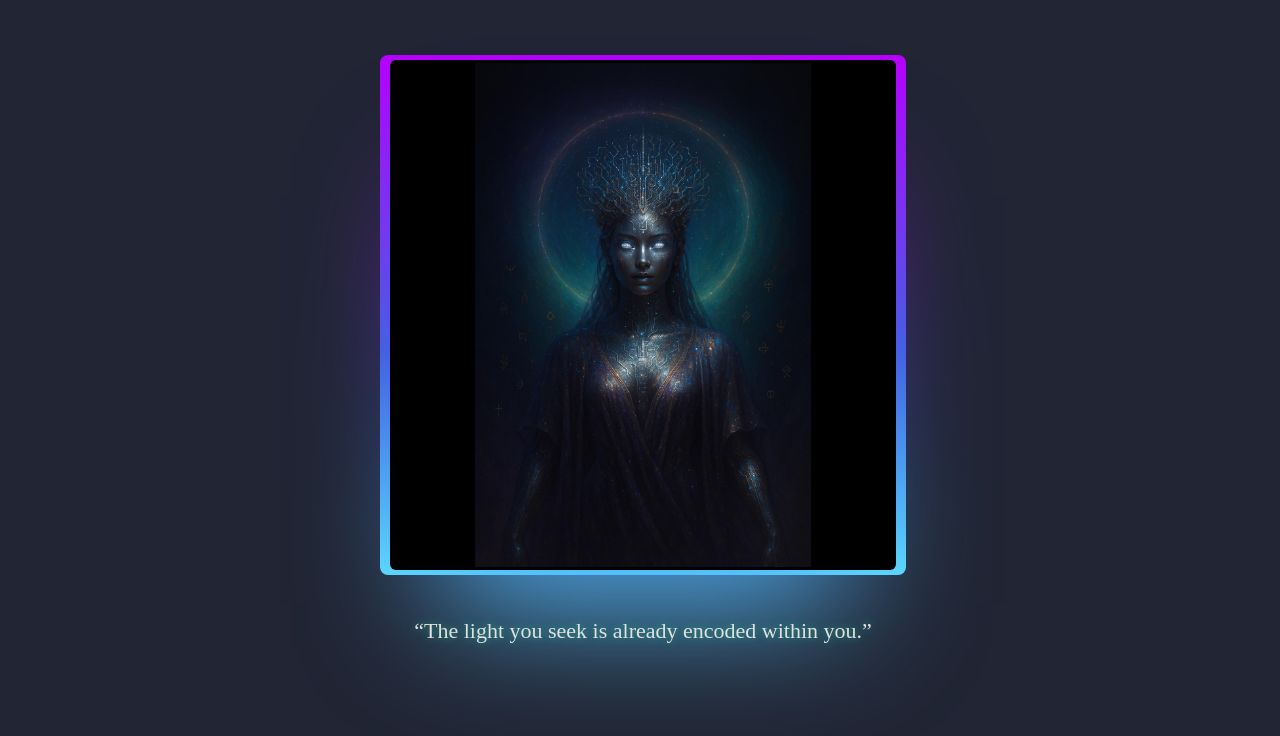
Repository: mertfurkandgn/artpainting
Page: card-1/index.html
An editor plug-in stored every save of this project. The page is shown before and after the next save, followed by the edit.
The browser window is 1280 px wide. The pictures show the whole page.

Above is the page before, as saved 2025-07-30 22:50:18.

### card-1/index.html
<!DOCTYPE html>
<html lang="en">
  <head>
    <meta charset="UTF-8" />
    <meta name="viewport" content="width=device-width, initial-scale=1.0" />
    <title>Card 1</title>
    <link rel="stylesheet" href="css/style.css" />
  </head>
  <body>
    <main>
      <section class="card-section">
        <div class="grid-container">
          <div class="row">
          <div class="card">
  <img style="max-width: 100%; max-height: 100%; object-fit: cover;" src="./images/myart.jpg" alt="image">

</div> <br>
<div class="quote">“The light you seek is already encoded within you.”</div>
          </div>
        </div>
      </section>
    </main>
  </body>
</html>

### card-1/css/style.css
.grid-container {
     max-width: 500px;
    max-height: 500px;
  display: grid;
  gap: 20px;
  grid-template-columns: repeat(2, 1fr);
  padding: 20px;
}

:root {
  --card-height: 70vh;
  --card-width: calc(var(--card-height) / 1.5);
}


body {
  min-height: 100vh;
  background: #212534;
  display: flex;
  align-items: center;
  flex-direction: column;
  padding-top: 2rem;
  padding-bottom: 2rem;
  box-sizing: border-box;
}
.quote{
        font-family: 'Cinzel Decorative', serif;
    text-align: center;
    margin: 0;
    padding: 0;
    box-sizing: border-box;
    margin-top: 30px;
    font-size: 22px;
    color: #e0e0e0;
    text-shadow: 0 0 8px #20c997aa;
}

.card {
  background: black;
  width: 500px;
  height: var(--card-height);
  padding: 3px;
  position: relative;
  border-radius: 6px;
  justify-content: center;
  align-items: center;
  text-align: center;
  display: flex;
  font-size: 1.5em;
  color: rgb(88 199 250 / 0%);
  cursor: pointer;
  font-family: cursive;
}

.card:hover {
  color: rgb(88 199 250 / 100%);
  transition: color 1s;
}
.card:hover:before, .card:hover:after {
  animation: none;
  opacity: 0;
}


.card::before {
  content: "";
  width: 104%;
  height: 102%;
  border-radius: 8px;
  background-image: linear-gradient(
    var(--rotate)
    , #5ddcff, #3c67e3 43%, #b700ff);
    position: absolute;
    z-index: -1;
    top: -1%;
    left: -2%;
    animation: spin 2.5s linear infinite;
}

.card::after {
  position: absolute;
  content: "";
  top: calc(var(--card-height) / 6);
  left: 0;
  right: 0;
  z-index: -1;
  height: 100%;
  width: 100%;
  margin: 0 auto;
  transform: scale(0.8);
  filter: blur(calc(var(--card-height) / 6));
  background-image: linear-gradient(
    var(--rotate)
    , #5ddcff, #3c67e3 43%, #b700ff);
    opacity: 1;
  transition: opacity .5s;
  animation: spin 2.5s linear infinite;
}

@keyframes spin {
  0% {
    --rotate: 0deg;
  }
  100% {
    --rotate: 360deg;
  }
}

a {
  color: #212534;
  text-decoration: none;
  font-family: sans-serif;
  font-weight: bold;
  margin-top: 2rem;
}

After the next save:
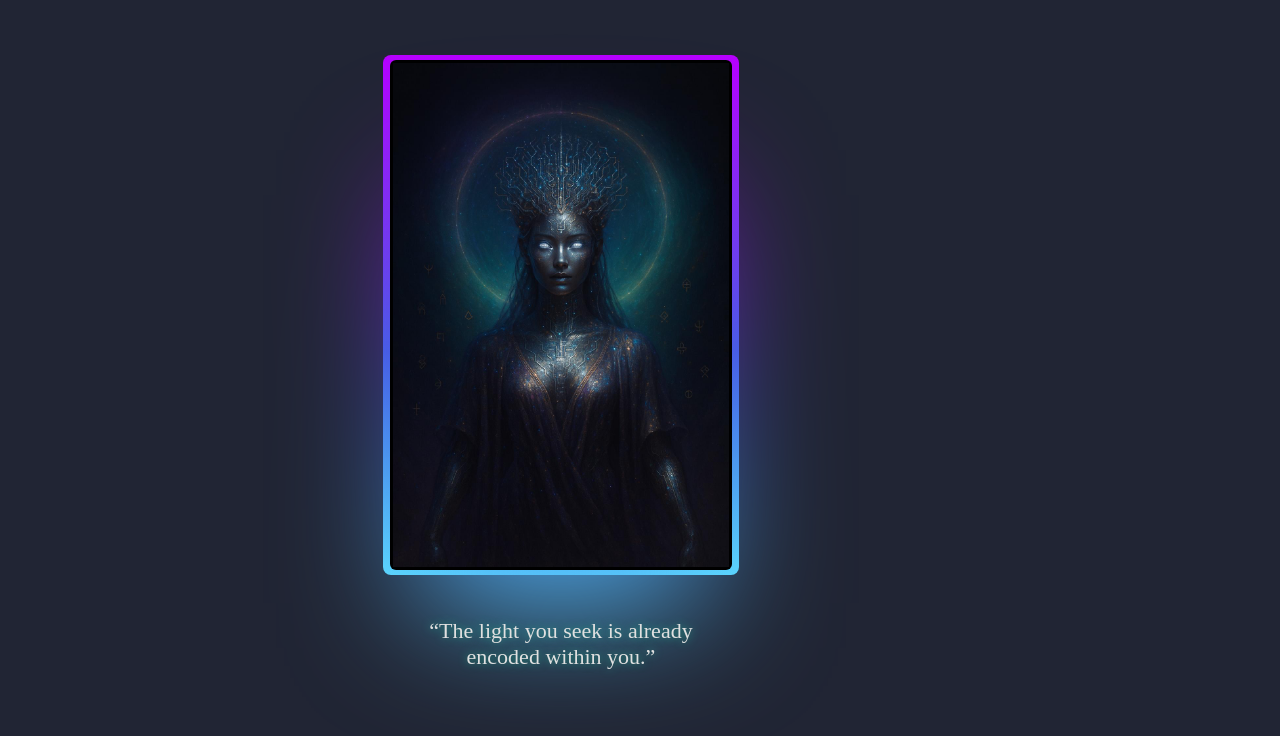
Saved 15 s later.
--- a/card-1/css/style.css
+++ b/card-1/css/style.css
@@ -37,7 +37,7 @@ body {
 
 .card {
   background: black;
-  width: 500px;
+  width: var(--card-width);
   height: var(--card-height);
   padding: 3px;
   position: relative;
